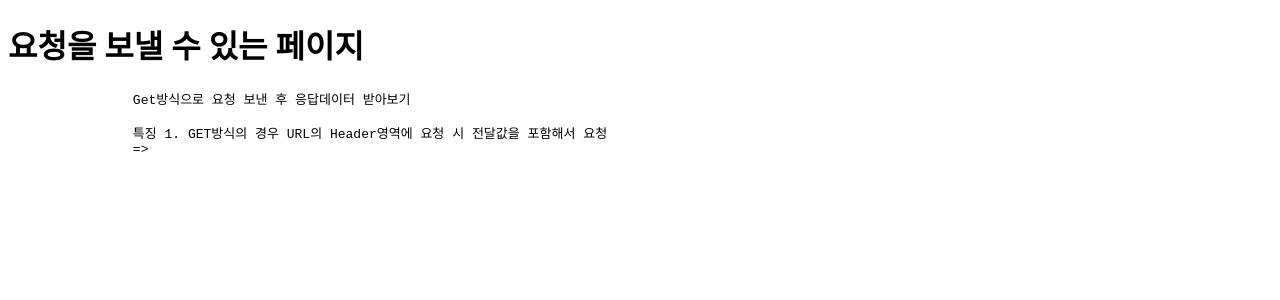
Repository: Simyoungdo04/dynamic-workspace
Page: FirstProject/src/main/webapp/views/request_get.html
These files come from the project's save history. The page is drawn as it stood at one moment and after the next save; the edit follows.
The browser window is 1280 px wide. The pictures show the whole page.

Above is the page before, as saved 2026-05-04 03:39:35.

After the next save:
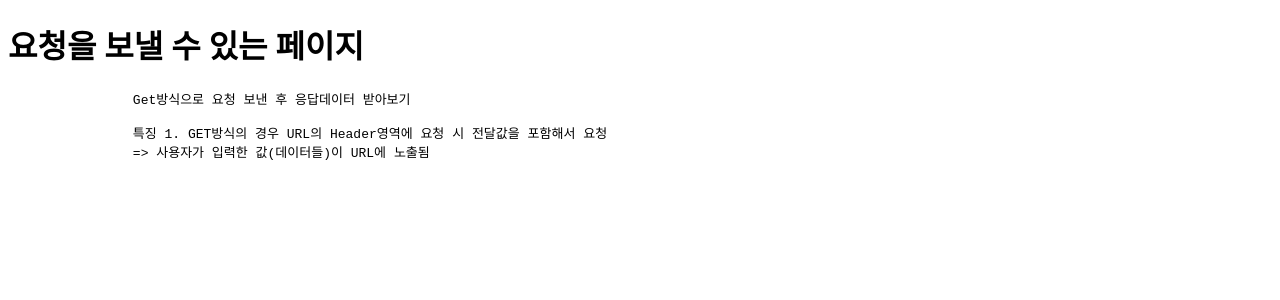
Saved 17 s later.
--- a/FirstProject/src/main/webapp/views/request_get.html
+++ b/FirstProject/src/main/webapp/views/request_get.html
@@ -12,7 +12,7 @@
 		Get방식으로 요청 보낸 후 응답데이터 받아보기
 
 		특징 1. GET방식의 경우 URL의 Header영역에 요청 시 전달값을 포함해서 요청
-		=>
+		=> 사용자가 입력한 값(데이터들)이 URL에 노출됨
 	</pre>
 
 </body>
